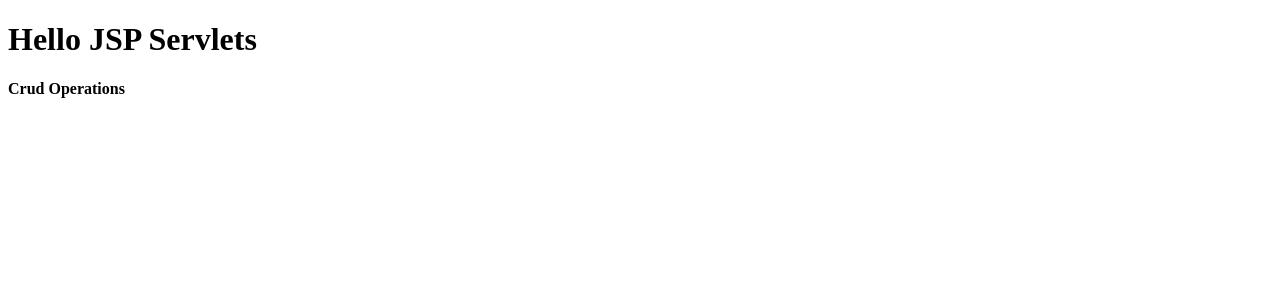
Repository: dannyAtcs/JavaSpringBoot
Page: Day-1/Demo/src/main/webapp/index.html
The author's editor kept a copy of each file at every save. The page is drawn from the files as they stood at one save, then again after the next save.
The browser window is 1280 px wide. The pictures show the whole page.

Above is the page before, as saved 2022-06-13 10:29:52.

After the next save:
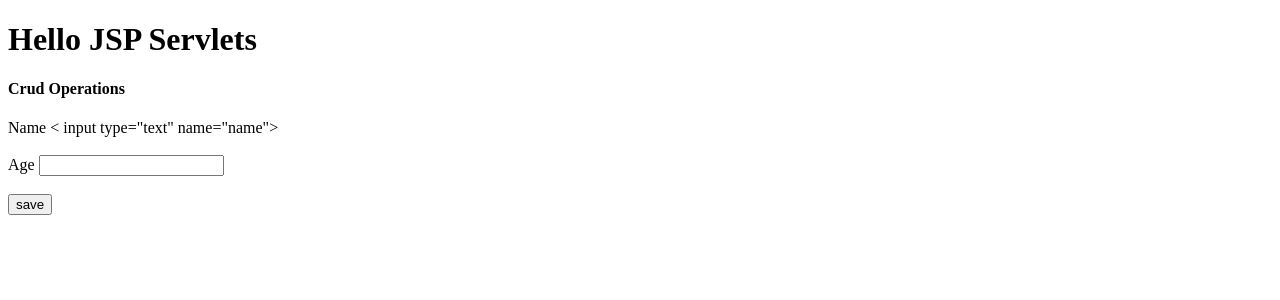
Saved 37 min 52 s later.
--- a/Day-1/Demo/src/main/webapp/index.html
+++ b/Day-1/Demo/src/main/webapp/index.html
@@ -8,5 +8,15 @@
 <h1> Hello JSP Servlets</h1>
 
 <h4> Crud Operations </h4>
+
+<form>
+Name < input type="text"  name="name">
+<br>
+<br>
+Age <input type = "text"  age="age">
+<br>
+<br>
+<input type="submit"  value="save">
+</form>
 </body>
 </html>
